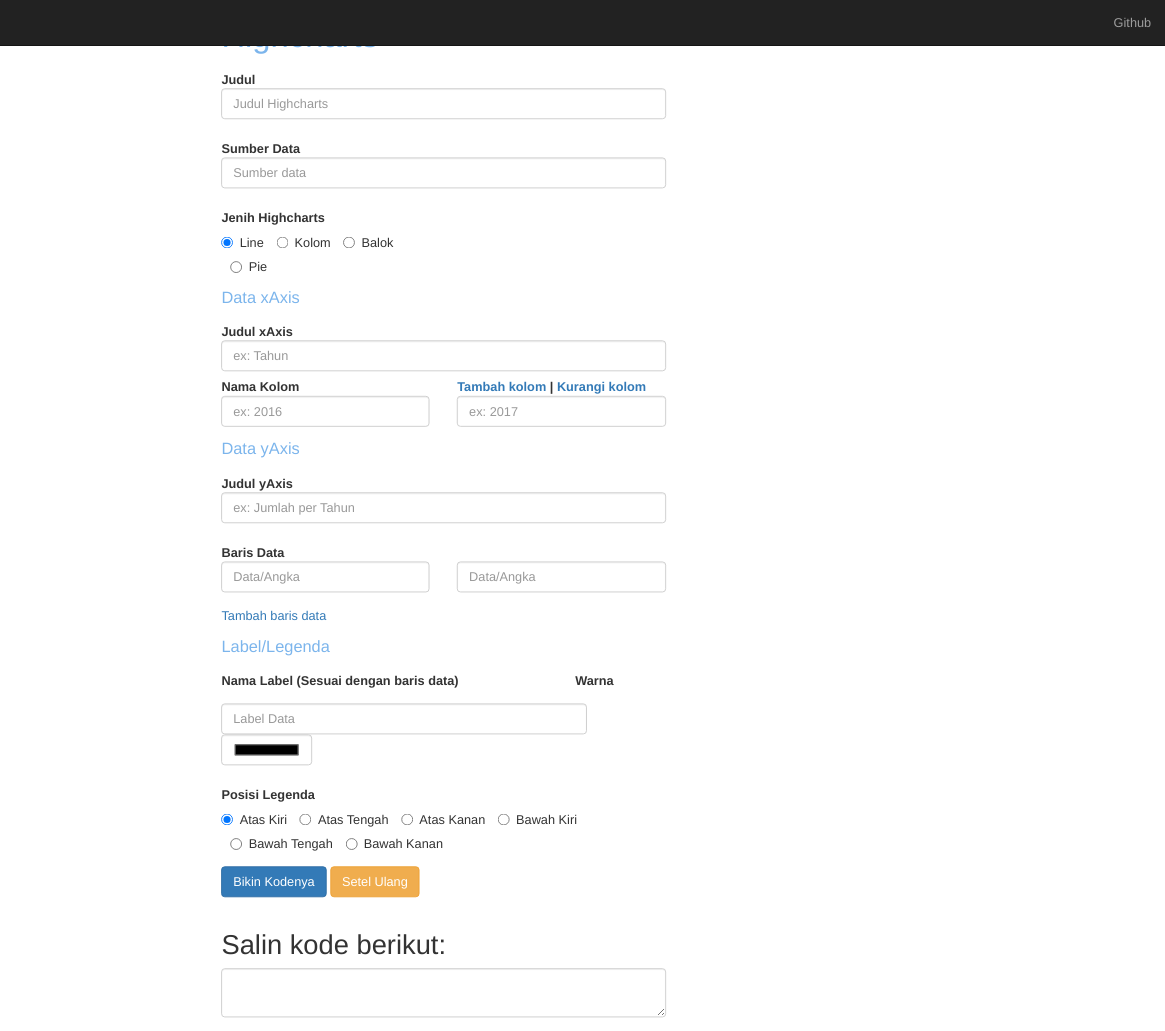
Repository: pt-kompas-media-nusantara/charts-generator
Page: index.html
The author's editor kept a record of every edit. The page is drawn from the files as they stood at one moment, then again after the next edit.
The browser window is 1280 px wide. The pictures show the whole page, at 91% of full size.
Some web libraries are served in a nearby version.

Above is the page before.

### index.html
<!DOCTYPE html>
<html>
    <head lang="en">
        <meta charset="utf-8">
        <meta name="viewport" content="width=device-width, initial-scale=1, maximum-scale=1, user-scalable=no">
        <meta http-equiv="X-UA-Compatible" content="IE=edge">
        <meta name="description" content="Penghasil bagan untuk editor Desk Multimedia Harian Kompas - Chart generator for multimedia editors of Kompas Daily, Indonesia">
        <meta name="author" content="Yosef Yudha Wijaya - https://github.com/gajayana">
        <title>Penghasil Bagan - Balok</title>
        <link rel="stylesheet" href="https://maxcdn.bootstrapcdn.com/bootstrap/3.3.5/css/bootstrap.min.css">
        <link rel="stylesheet" href="css/style.css">
        <script src="https://code.highcharts.com/highcharts.js"></script>
        <!--<script src="js/jscolor.js"></script>-->
    </head>
    <body>
        <nav class="navbar navbar-inverse navbar-fixed-top">
            <div class="container-fluid">
                <div id="navbar" class="navbar-collapse collapse">
                <ul class="nav navbar-nav navbar-right">
                    <li><a href="https://github.com/harian-kompas/chart-generator" target="_blank">Github</a></li>
                </ul>
                </div>
            </div>
        </nav>
        <div id="bar-chart" class="container-fluid">
            <div class="row">
                <div class="col-sm-10 col-sm-offset-3 col-md-10 col-md-offset-2 main">
                    <div class="col-md-12 col-sm-12">
                        <h1>Highcharts</h1>
                        <!--<h2 style="color: red; font-size: 14px;">Ada Bug di seksi custom legend, Sabar ya</h2>-->
                    </div>
                <div class="col-md-6 col-sm-6">
                    <form class="form-horizontal" id="proses-form">
                        <div class="form-group">
                            <div class="col-md-12 col-sm-12">
                                <label for="chart-title" class="control-label">Judul</label>
                                <input id="chart-title" name="chart-title" placeholder="Judul Highcharts" maxlength="100" class="form-control">
                            </div>
                        </div>
                        <div class="form-group">
                            <div class="col-md-12 col-sm-12">
                                <label for="chart-data-source" class="control-label">Sumber Data</label>
                                <input id="chart-data-source" name="chart-data-source" placeholder="Sumber data" maxlength="100" class="form-control">
                            </div>
                        </div>
                        <div class="form-group">
                            <div class="col-md-6 col-sm-6 col-xs-6">
                                <label class="control-label">Jenih Highcharts</label>
                                <div>
                                    <label class="radio-inline">
                                        <input type="radio" name="jenis" value="line" checked="checked">Line
                                    </label>
                                    <label class="radio-inline">
                                        <input type="radio" name="jenis" value="column">Kolom
                                    </label>
                                    <label class="radio-inline">
                                        <input type="radio" name="jenis" value="bar">Balok
                                    </label>
                                    <label class="radio-inline">
                                        <input type="radio" name="jenis" value="pie">Pie
                                    </label>
                                </div>
                            </div>
                        </div>
                        <h4>Data xAxis</h4>
                        <div id="table-column" class="form-group">
                            <div class="col-md-12 col-sm-12">
                                <label class="control-label">Judul xAxis</label>
                                <input type="text" maxlength="25" class="form-control" id="judul_kolom" placeholder="ex: Tahun" maxlength="100">
                            </div>
                            <div class="col-md-6 col-sm-6 col-xs-6">
                                <label class="control-label">Nama Kolom</label>
                            </div>
                            <div class="col-md-6 col-sm-6 col-xs-6 txt-right">
                                <label class="control-label"> <a id="btn-add-table-column" href="#">Tambah kolom</a>&nbsp;|&nbsp;<a id="btn-remove-table-column" href="#">Kurangi kolom</a></label>
                            </div>
                            <div class="col-flexible col-md-6 col-sm-6 col-xs-6">
                                <input type="text" maxlength="25" class="form-control table-column-names" placeholder="ex: 2016">
                            </div>
                            <div class="col-flexible col-md-6 col-sm-6 col-xs-6">
                                <input type="text" maxlength="25" class="form-control table-column-names" placeholder="ex: 2017">
                            </div>
                        </div>
                        <h4>Data yAxis</h4>
                        <div class="form-group">
                            <div class="col-md-12 col-sm-12">
                                <label class="control-label">Judul yAxis</label>
                                <input type="text" maxlength="25" class="form-control" id="judul_baris" placeholder="ex: Jumlah per Tahun" maxlength="100">
                            </div>
                        </div>
                        <label class="control-label">Baris Data</label>
                        <div class="table-rows form-group series-content" id="table-row-length">
                            <div class="col-flexible col-md-6 col-sm-6 col-xs-6">
                                <input type="text" placeholder="Data/Angka" maxlength="25" class="form-control table-rows-input">
                            </div>
                            <div class="col-flexible col-md-6 col-sm-6 col-xs-6">
                                <input type="text" placeholder="Data/Angka" maxlength="25" class="form-control table-rows-input">
                            </div>
                        </div>
                        <div id="new-table-row"></div>
                        <div class="form-group">
                            <div class="col-md-12 col-sm-12 col-xs-12 txt-right"><a id="btn-add-table-row" href="#">Tambah baris data</a></div>
                        </div>
                        <h4>Label/Legenda</h4>
                        <div class="form-group">
                            <div class="col-md-9 col-sm-9 col-xs-9">
                                <label class="control-label">Nama Label (Sesuai dengan baris data)</label>
                            </div>
                            <div class="col-md-3 col-sm-3 col-xs-3">
                                <label class="control-label">Warna</label>
                            </div>

                        </div>

                        <div class="form-group legend-content" id="legend-row">
                            <div class="col-flexible col-md-10 col-sm-10 col-xs-10">
                                <input type="text" placeholder="Label Data" maxlength="25" class="form-control legend-name">
                            </div>
                            <div class="col-flexible col-md-3 col-sm-3 col-xs-3">
                                <input class="form-control jscolor" placeholder="Warna" type="color">
                            </div>
                        </div>
                        <div id="new-new"></div>
                        <div class="form-group">
                            <div class="col-md-12col-sm-12 col-xs-12">
                                <label class="control-label">Posisi Legenda</label>
                                <div>
                                    <label class="radio-inline">
                                        <input type="radio" name="posisilegend" value="ataskiri" checked="checked">Atas Kiri
                                    </label>
                                    <label class="radio-inline">
                                        <input type="radio" name="posisilegend" value="atastengah">Atas Tengah
                                    </label>
                                    <label class="radio-inline">
                                        <input type="radio" name="posisilegend" value="ataskanan">Atas Kanan
                                    </label>
                                    <label class="radio-inline">
                                        <input type="radio" name="posisilegend" value="bawahkiri">Bawah Kiri
                                    </label>
                                    <label class="radio-inline">
                                        <input type="radio" name="posisilegend" value="bawahtengah">Bawah Tengah
                                    </label>
                                    <label class="radio-inline">
                                        <input type="radio" name="posisilegend" value="bawahkanan">Bawah Kanan
                                    </label>
                                </div>
                            </div>
                        </div>
                        <div class="form-group">
                            <div class="col-md-12 col-sm-12 col-xs-12 txt-right">
                                <button id="btn-submit" type="submit" class="btn btn-primary">Bikin Kodenya</button>
                                <button type="reset" class="btn btn-warning">Setel Ulang</button>
                            </div>
                        </div>
                        <div class="form-group">
                            <div class="col-md-12 col-sm-12 col-xs-12">
                                <h2>Salin kode berikut:</h2>
                            </div>
                            <div class="col-md-12 col-sm-12 col-xs-12">
                                <textarea id="chart-code" class="form-control"></textarea>
                            </div>
                        </div>
                    </form>
                </div>
                <div class="col-md-6 col-sm-6">
                    <div id="result"></div>
                    <p style="display: block; width:100%; font-size: 11px; color: #949494; padding:5px 0; margin:0;"></p>
                </div>
                </div>
            </div>
        </div>
        <script src="https://cdnjs.cloudflare.com/ajax/libs/jquery/3.2.1/jquery.js" type="text/javascript"></script>
        <script src="https://www.google.com/jsapi" type="text/javascript"></script>
        <script src="js/build-chart.js" type="text/javascript"></script>
    </body>
</html>

### css/style.css
h1, h4{
    color: #7cb5ec;
}
.container-custom{
    width: 1440px;
    margin: 0 auto;
}
.btn-absolute{
    position: absolute;
    z-index: 3;
}

h4 span{
    font-size: 16px;
    color: #000;
    font-weight: 300;
}
.nav-link img{
    width: 24px;
}
.nav-link{
    cursor: pointer;
}
.nav-link.active{
    background-color: #f8f9fa;
}
.check-status{
    display: none;
}
.check-status.active{
    display: block;
}

Loaded but not shown: js/build-chart.js (446 lines, source omitted)

After the next edit:
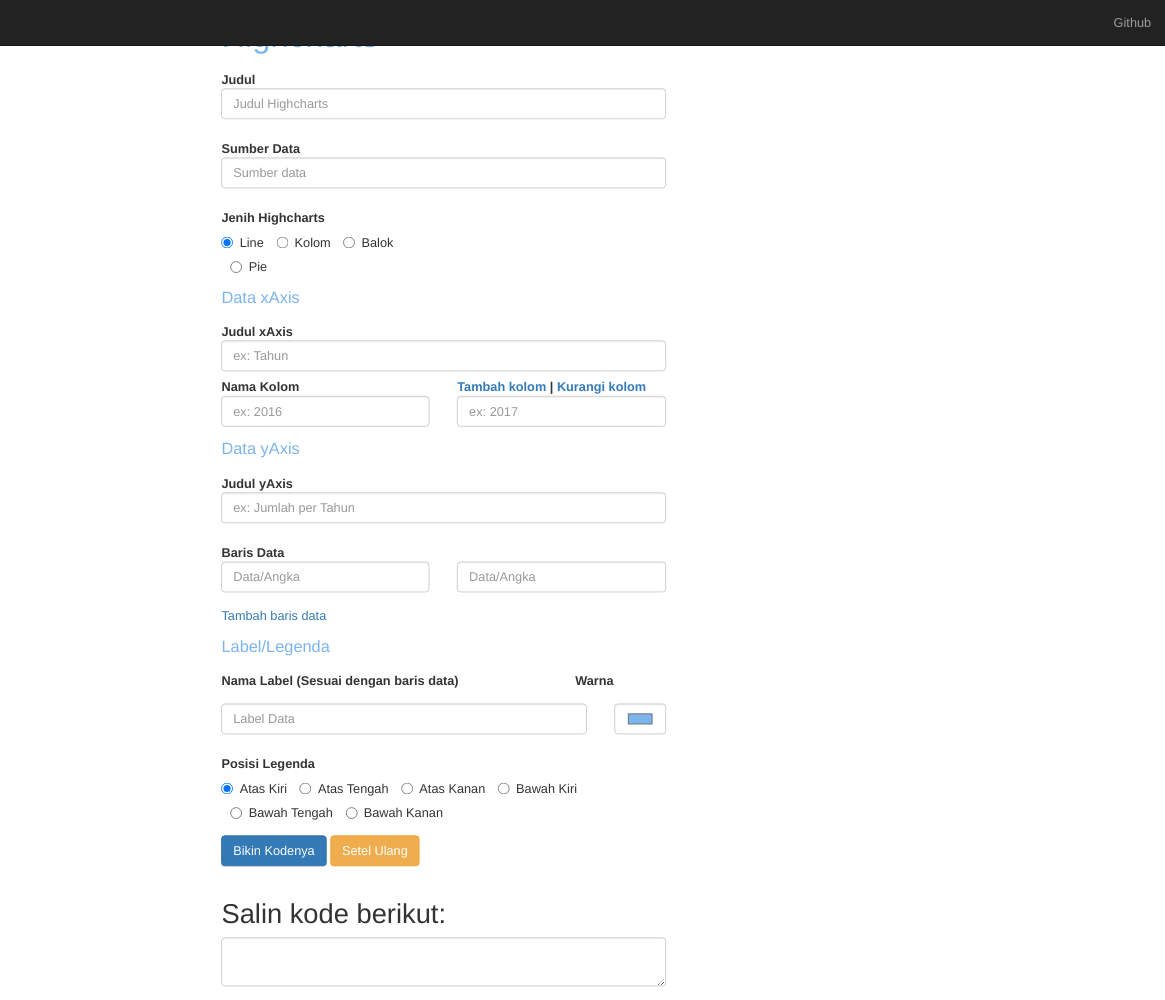
The edit:
--- a/index.html
+++ b/index.html
@@ -116,8 +116,8 @@
                             <div class="col-flexible col-md-10 col-sm-10 col-xs-10">
                                 <input type="text" placeholder="Label Data" maxlength="25" class="form-control legend-name">
                             </div>
-                            <div class="col-flexible col-md-3 col-sm-3 col-xs-3">
-                                <input class="form-control jscolor" placeholder="Warna" type="color">
+                            <div class="col-flexible col-md-2 col-sm-2 col-xs-2">
+                                <input class="form-control jscolor" placeholder="Warna" type="color" value="#7cb5ec">
                             </div>
                         </div>
                         <div id="new-new"></div>
